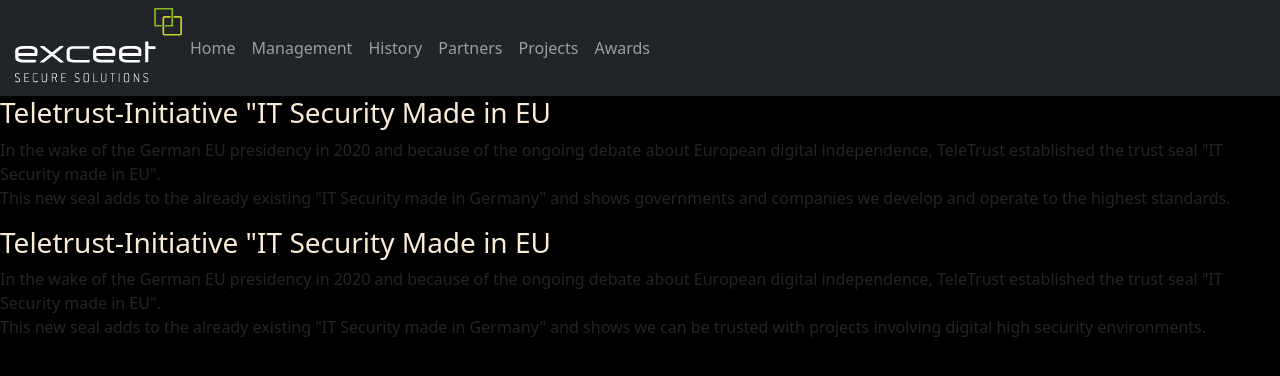
Repository: Hoooly2/EnglishProjectWebsite
Page: Exceet-Website/certificationsAwards.html
These files come from the project's save history. The page is drawn as it stood at one moment and after the next save; the edit follows.
The browser window is 1280 px wide. The pictures show the whole page.

Above is the page before, as saved 2021-10-22 21:35:10.

After the next save:
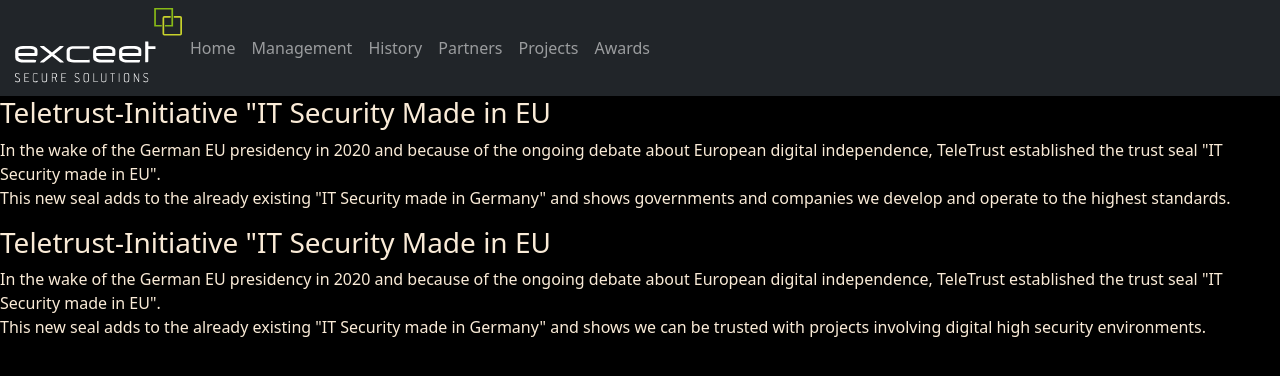
Saved 18 s later.
--- a/Exceet-Website/certificationsAwards.html
+++ b/Exceet-Website/certificationsAwards.html
@@ -50,7 +50,7 @@
           <div id="certificateImage"></div>
           <div id="certificateTextWrapper">
             <h3 id="certificateHeader" class="certificateHeader">Teletrust-Initiative "IT Security Made in EU</h3>
-            <p id="certificateText">
+            <p id="certificateText" class="certificateText">
               In the wake of the German EU presidency in 2020 and because of the ongoing debate about European digital
               independence, TeleTrust established the trust seal "IT Security made in EU". <br>
               This new seal adds to the already existing "IT Security made in Germany" and shows governments and companies
@@ -63,7 +63,7 @@
           <div id="certificateImage"></div>
           <div id="certificateTextWrapper">
             <h3 id="certificateHeader" class="certificateHeader">Teletrust-Initiative "IT Security Made in EU</h3>
-            <p id="certificateText">
+            <p id="certificateText" class="certificateText">
               In the wake of the German EU presidency in 2020 and because of the ongoing debate about European digital
               independence, TeleTrust established the trust seal "IT Security made in EU". <br>
               This new seal adds to the already existing "IT Security made in Germany" and shows we can be trusted with
